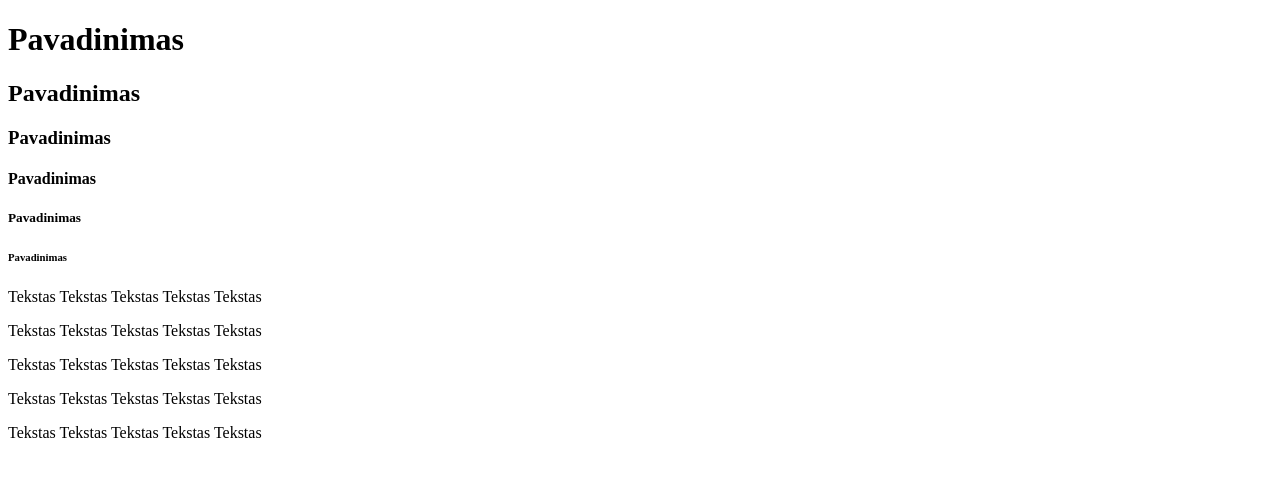
Repository: motiejus1/01-paskait
Page: pirmas.html
The author's editor kept a copy of each file at every save. The page is drawn from the files as they stood at one save, then again after the next save.
The browser window is 1280 px wide. The pictures show the whole page.

Above is the page before, as saved 2021-05-31 20:32:09.

### pirmas.html
<!DOCTYPE html>

<html lang="en">
    <head>
        <meta charset="UTF-8">
        <meta http-equiv="X-UA-Compatible" content="IE=edge">
        <meta name="viewport" content="width=device-width, initial-scale=1.0">
        <title>Pirma paskaita</title>
    </head>

    <body>

        <h1>Pavadinimas</h1>
        <h2>Pavadinimas</h2>
        <h3>Pavadinimas</h3>
        <h4>Pavadinimas</h4>
        <h5>Pavadinimas</h5>
        <h6>Pavadinimas</h6>

        <p>Tekstas Tekstas Tekstas Tekstas Tekstas</p>
        <p>Tekstas Tekstas Tekstas Tekstas Tekstas</p>
        <p>Tekstas Tekstas Tekstas Tekstas Tekstas</p>
        <p>Tekstas Tekstas Tekstas Tekstas Tekstas</p>

        <span>Tekstas Tekstas Tekstas Tekstas Tekstas</span>

    </body>

</html>

After the next save:
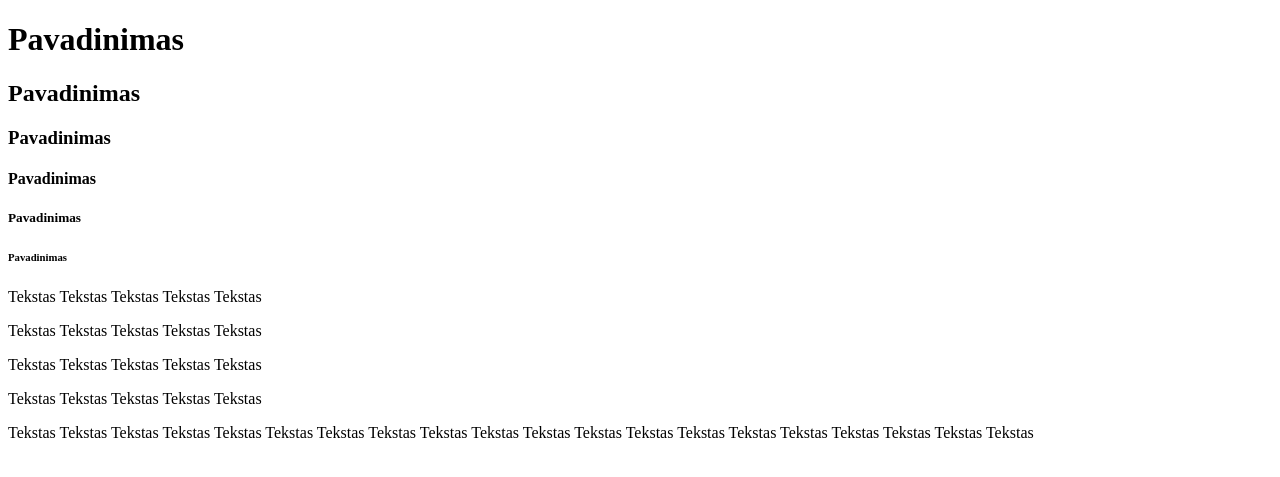
Saved 10 s later.
--- a/pirmas.html
+++ b/pirmas.html
@@ -23,6 +23,9 @@
         <p>Tekstas Tekstas Tekstas Tekstas Tekstas</p>
 
         <span>Tekstas Tekstas Tekstas Tekstas Tekstas</span>
+        <span>Tekstas Tekstas Tekstas Tekstas Tekstas</span>
+        <span>Tekstas Tekstas Tekstas Tekstas Tekstas</span>
+        <span>Tekstas Tekstas Tekstas Tekstas Tekstas</span>
 
     </body>
 
